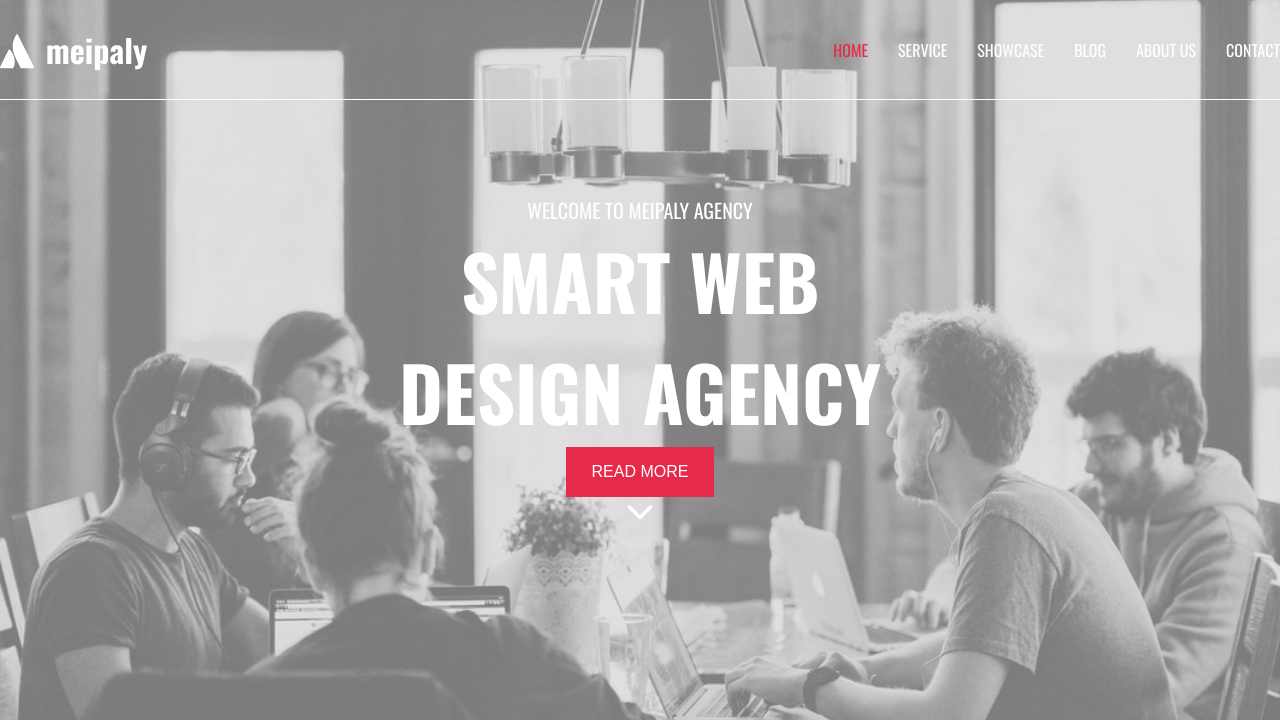
Repository: trminhphuc1504/meipaly
Page: meipaly.html
An editor plug-in stored every save of this project. The page is shown before and after the next save, followed by the edit.
The browser window is 1280 px wide. The pictures show the whole page.
Some web libraries are served in a nearby version.

Above is the page before, as saved 2024-08-18 23:17:32.

### meipaly.html
<!DOCTYPE html>
<html lang="en">
  <head>
    <meta charset="UTF-8" />
    <meta http-equiv="X-UA-Compatible" content="IE=edge" />
    <meta name="viewport" content="width=device-width, initial-scale=1.0" />
    <title>Meipaly</title>
    <!-- link logo -->
    <link
      rel="stylesheet"
      href="https://cdnjs.cloudflare.com/ajax/libs/font-awesome/6.6.0/css/all.min.css"
    />
    <!-- google-font -->
    <link rel="preconnect" href="https://fonts.googleapis.com" />
    <link rel="preconnect" href="https://fonts.gstatic.com" crossorigin />
    <link
      href="https://fonts.googleapis.com/css2?family=Oswald:wght@200..700&display=swap"
      rel="stylesheet"
    />
    <!-- link css -->
    <link rel="stylesheet" href="css/meipaly.css" />
  </head>
  <body>
    <!-- header -->
    <section id="header">
      <div class="container">
        <header>
          <div class="header-logo">
            <i class="fa-brands fa-atlassian"></i> <span>meipaly </span>
          </div>
          <nav class="header-nav">
            <ul>
              <li><a class="active" href="">HOME</a></li>
              <li><a href="">SERVICE</a></li>
              <li><a href="">SHOWCASE</a></li>
              <li><a href="">BLOG</a></li>
              <li><a href="">ABOUT US</a></li>
              <li><a href="">CONTACT</a></li>
            </ul>
          </nav>
        </header>
      </div>
    </section>
    <!-- banner -->
    <section id="banner">
      <div class="banner-content">
        <p class="banner-desc">WELCOME TO MEIPALY AGENCY</p>
        <h1 class="banner-title">SMART WEB DESIGN AGENCY</h1>
        <button class="banner-btn">Read More</button>
        <i class="fa-solid fa-chevron-down banner-icon"></i>
      </div>
    </section>
  </body>
</html>

### css/meipaly.css
/* reset css */
* {
margin: 0;
padding: 0;
box-sizing: border-box;
}

/* reset gạch chân mặc định của thẻ a  */
a{
    text-decoration: none;
}
html{
    font-family: "Oswald", sans-serif;
}

.container{
    max-width: 1200px;
    margin: auto;
    /* background: blue; */
}

/* --------------Header-------------- */
header{
    display: flex;
    justify-content: space-between;
    height: 100px;
    align-items: center;
    position: absolute;
    width: 100%;
    left: 0;
    top:0;
    border-bottom:1px solid #fff;

}
header .header-logo{
    /* thay đổi hình dạng của con trỏ chuột */
    cursor:pointer ;
}

/* selector chọn những thẻ có class là header-logo nằm trong thẻ header */
header .header-logo span{
 font-size:32px;
 font-weight: 700;
 color:#fff;
 margin-left:  8px;
}

header .header-logo i{
    font-size:34px;
    color: #fff;
}

header .header-nav a{
    text-decoration: none;
    text-transform: uppercase;
    color: #fff;
    /* Xác định thuộc tính thay đổi */
    /* transition: all; */

    /* Thời gian thực hiện chuyển động thay đổi */
    /* transition-duration: 0.3s; */

    /* Hiệu ứng thay đổi */
    /* transition-timing-function: ease-in-out; */

    /* Cú pháp rút gọn */
    transition: all 0.3s ease-in-out;
}
/* hover: bắt sự kiện khi rê chuột vào thẻ a */
header .header-nav a:hover{
color: #e62b4a;
}
/* C1 */
/* header .header-nav li {
    display: inline;
    margin: 30px;
} */

/* C2: Sử dụng flex */
header .header-nav ul{
    /* bỏ đi đánh dấu của thẻ ul li */
    list-style: none;
    display: flex;
    /* chỉnh khoảng cách giữa các flex items */
    gap: 30px;
}
/* C1: thêm class active vào thẻ a ở file html */
/* Seclector tới thẻ a có class active nằm trong header-nav và trong header */
header .header-nav a.active{
    color: #e62b4a;
}

/* C2 */
/* Selector tới thẻ a trong thẻ con li đầu tiên của thẻ ul */
/* nth-child():lựa chọn tới thẻ con bất kì */
/* header .header-nav ul li:first-child{
    color: #e62b4a;
} */

#banner{
        /* Dùng hình ảnh để làm hình nền  */
        background:url(../img/home_slider.jpg);
        /*Tránh trường hợp lặp lại hình*/
        background-repeat: no-repeat;
        /* Chỉnh kích thước của hình nền */
        /* cover:chiếm hết toàn bộ kích thước của thẻ cha */
        /* contain: Giữ nguyên kích thước của hình*/
        background-size: cover;
        /* Chỉnh sửa vị trí của hình background */
        background-position: center;

        /* Cú pháp viết gọn */
        /* background:url(../img/home_slider.jpg) no-repeat center / cover; */
}



/* Banner */
/* Căn giữa nội dụng */
/* C1: flex box */
#banner .banner-content{
    display: flex;
    flex-direction: column;
    justify-content: center;
    align-items: center;
    height:100vh;
}

#banner .banner-content .banner-icon{
    color:#fff;
    font-size: 28px;

    /* Tên của animation đang muốn áp dụng vào */
    animation-name: fadeDown;

    /* Kiểu chuyển động của animation */
    animation-timing-function: linear;

    /* Thời gian thực hiện của animation */
    animation-duration: 1s;

    animation-fill-mode: both;

    /* Thời gian chờ trước khi animation đc thực hiện */
    animation-delay: 1s;

    /* Số lần animation đc thực hiện */
    animation-iteration-count: infinite;


    /* Cú pháp rút gọn: */
    /* animation:fadeDown 1s linear infinite; */
}

/* C2:Position */
/* #banner{
    position: relative;
} */

/* #banner .banner-content{
    position: absolute;
    top:50%;
    left:50%;
    transform: translate(-50%,-50%);
    margin-top:79px;
    text-align: center;
    background-color: #111;
} */

#banner .banner-content .banner-desc{
    color: white;
    font-size: 20px;

}

#banner .banner-content .banner-title{
    color: white;
    font-size: 75px;
    max-width: 500px;
    text-align: center;
}



#banner .banner-content .banner-btn{
    background-color: rgb(230, 43, 74);
    padding: 14px 24px;
    text-transform: uppercase;
    color: #fff;
    font-size: 16px;
    font-weight: 400;
    cursor: pointer;
    outline: none;
    border: 2px solid transparent;
    transition: all 0.3s ease-in-out;
}

#banner .banner-content .banner-btn:hover{
    /* Giá trị cuối cùng (alpha) từ 0-1 giá trị càng nhỏ thì càng đậm */
    /* background-color: rgb(230, 43, 74); */
    background: rgb(230, 43, 74 ,0.6);
}

/* Tạo animation */
/* @keyframe */
@keyframes fadeDown {
    from{
        /* thuộc tính của trang thái bắt đầu */
        opacity: 1;
        transform: translateY(0);
    }
    to{
        /* thuộc tính ở trạng thái khết thúc */
        opacity: 0;
        transform: translateY(50px);
    }
}

After the next save:
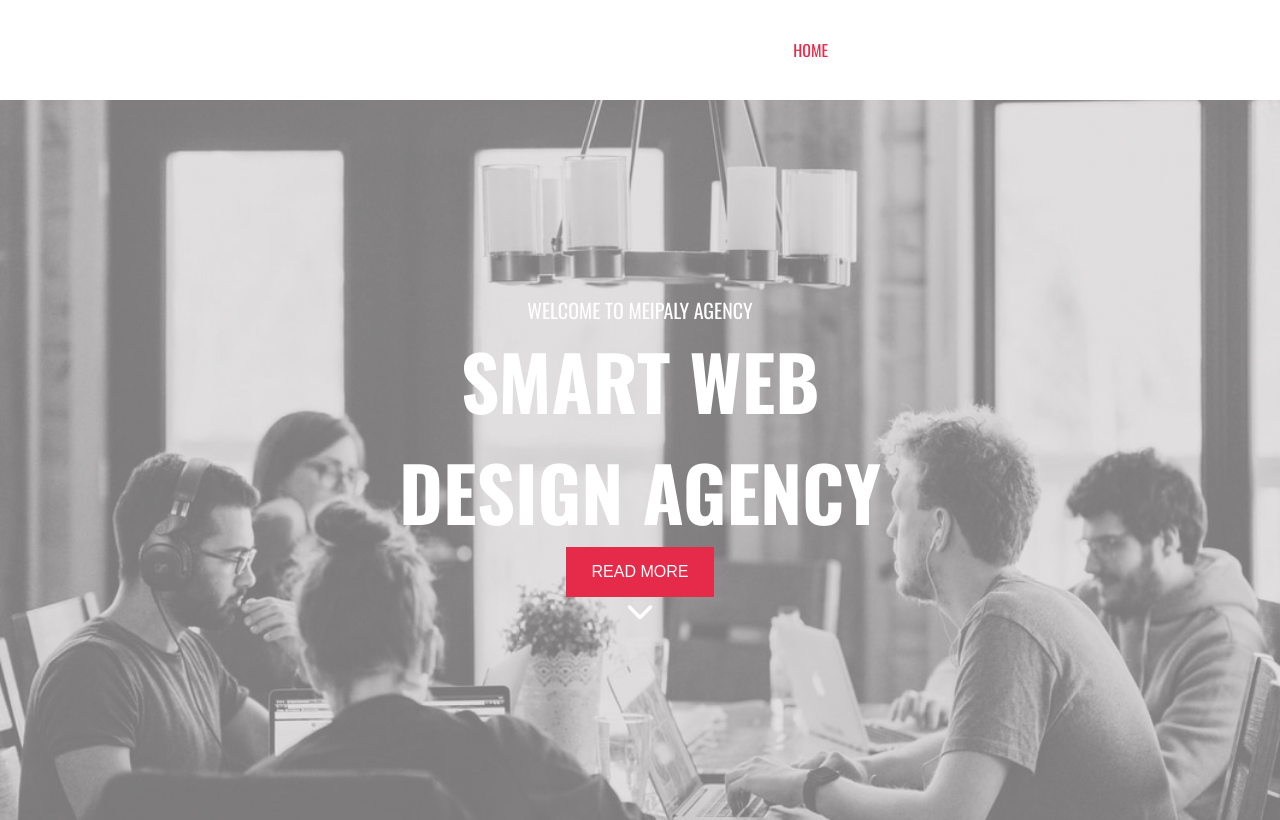
Saved 72 s later.
--- a/css/meipaly.css
+++ b/css/meipaly.css
@@ -25,11 +25,7 @@
     justify-content: space-between;
     height: 100px;
     align-items: center;
-    position: absolute;
-    width: 100%;
-    left: 0;
-    top:0;
-    border-bottom:1px solid #fff;
+
 
 }
 header .header-logo{

After the save that followed:
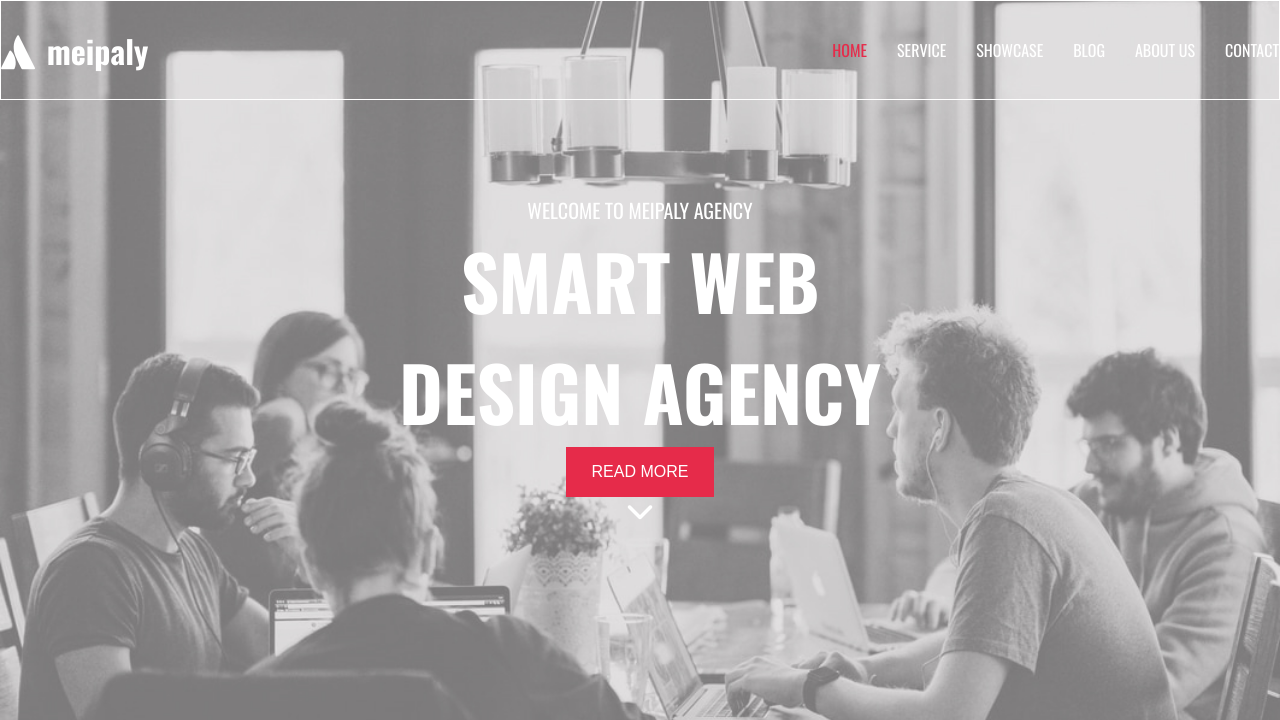
Saved 39 s later.
--- a/css/meipaly.css
+++ b/css/meipaly.css
@@ -25,7 +25,11 @@
     justify-content: space-between;
     height: 100px;
     align-items: center;
-
+    position: absolute;
+    width: 100%;
+    left: 0;
+    top:0;
+    border:1px solid #fff;
 
 }
 header .header-logo{
